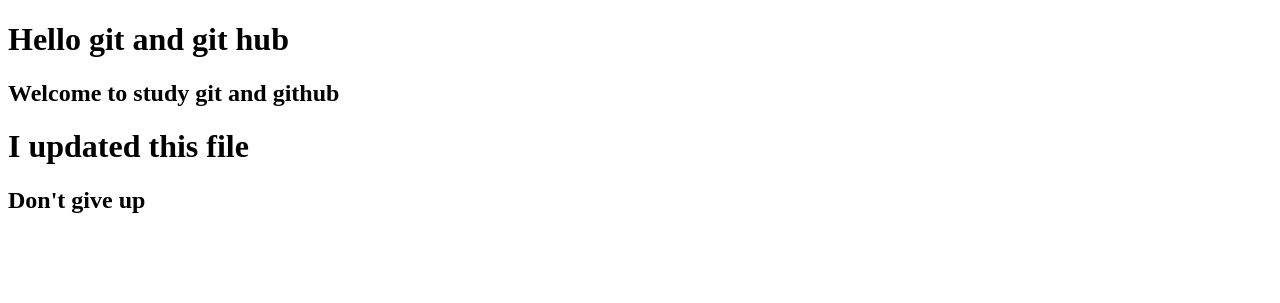
Repository: superkoung/myFile
Page: index.html
The author's editor kept a copy of each file at every save. The page is drawn from the files as they stood at one save, then again after a run of saves.
The browser window is 1280 px wide. The pictures show the whole page.

Above is the page before, as saved 2026-02-09 14:13:17.

### index.html
<!DOCTYPE html>
<html lang="en">
<head>
    <meta charset="UTF-8">
    <meta name="viewport" content="width=device-width, initial-scale=1.0">
    <title>Document</title>
</head>
<body>
    <h1>Hello git and git hub</h1>
    <h2>Welcome to study git and github</h2>
    <h1>I updated this file</h1>
    <h2>Don't give up</h2>
</body>
</html>

After the next 5 saves:
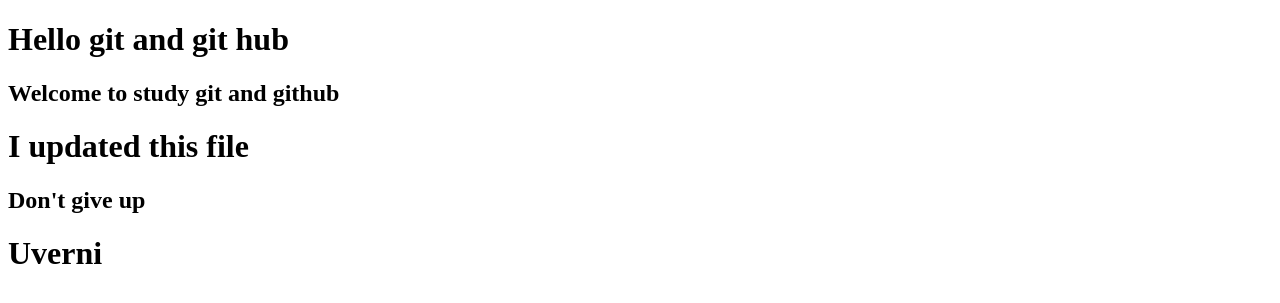
The 5 saves are shown as one change because they came seconds apart.
The last was saved 3 min 13 s later.
--- a/index.html
+++ b/index.html
@@ -10,5 +10,6 @@
     <h2>Welcome to study git and github</h2>
     <h1>I updated this file</h1>
     <h2>Don't give up</h2>
+    <h1>Uverni</h1>
 </body>
 </html>
